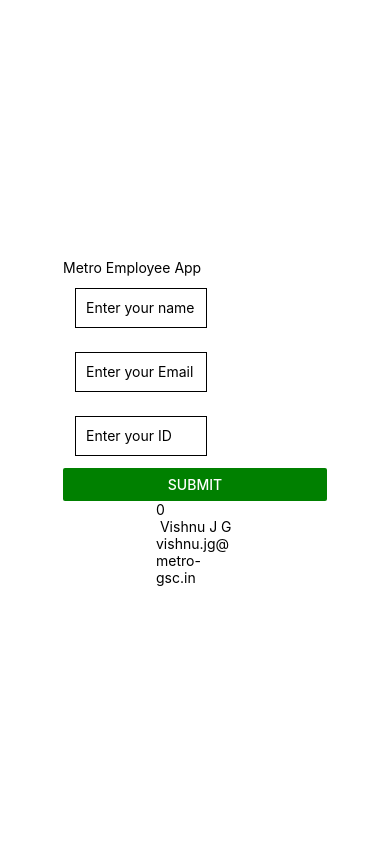
Repository: VishnuJG/Metro-Employee-App
Screen: /
These files come from the project's save history. The screen is drawn as it stood at one moment and after the next save; the edit follows.
The app was drawn by React Native's web renderer in a window 390 px wide. The project was rebuilt for these pictures with package versions that can differ from the ones it lists, and the page was loaded fresh each time.

Above is the screen before, as saved 2022-06-28 13:52:16.

After the next save:
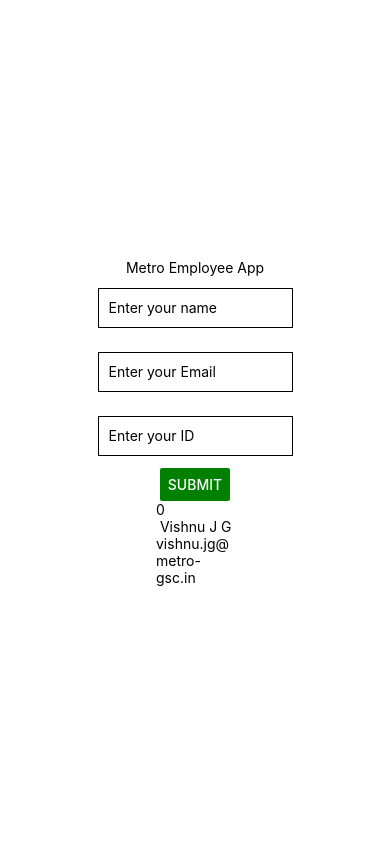
Saved 21 s later.
--- a/App.js
+++ b/App.js
@@ -37,7 +37,7 @@ export default function App() {
   }
   return (
     <View style={styles.container} >
-      <View >
+
         <Text>Metro Employee App</Text>
 
         <TextInput
@@ -65,7 +65,7 @@ export default function App() {
           color="green"
           onPress={onSubmit}
           />
-      </View>
+
         {emp.map((newid)=>(<Task key={newid.id} ename={newid.name} eid={newid.id} eemail={newid.email}/>))}
 
     </View>
